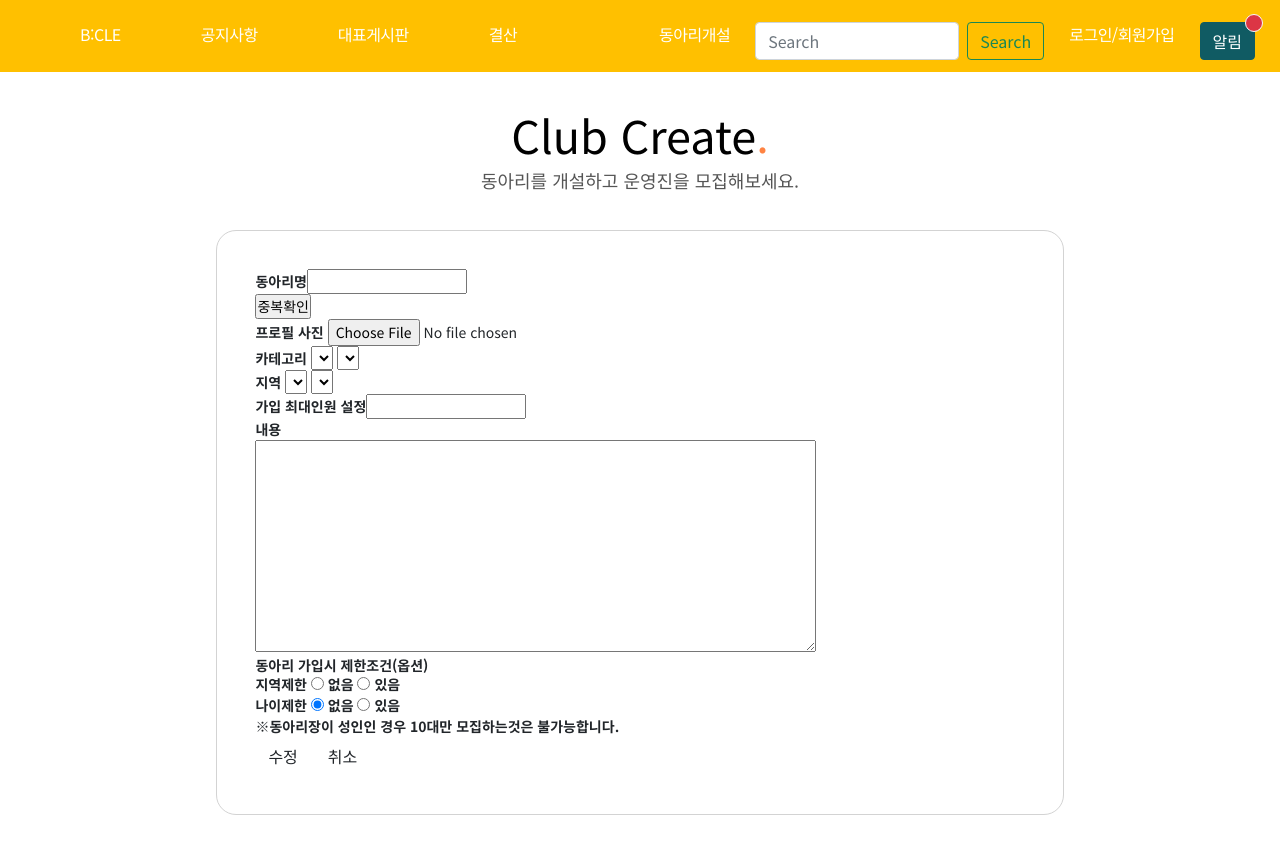
Repository: CHAEYUN7074/SpringProject
Page: http://localhost/viewpages/WEB-INF/view/PreClubUpdateForm.jsp
The author's editor kept a copy of each file at every save. The page is drawn from the files as they stood at one save, then again after the next save.
The browser window is 1280 px wide. The pictures show the whole page.
Some web fonts or font styles are not loaded; a fallback is used. The page is served by Tomcat 9. Nobody is signed in. Other server files are loaded and not shown. The template is opened directly, without the code that normally fills it, so the values that code supplies are empty.

Above is the page before, as saved 2021-12-27 14:22:33.

### viewpages/WebContent/WEB-INF/view/PreClubUpdateForm.jsp
<%@ page contentType="text/html; charset=UTF-8"%>
<%@ taglib prefix="c" uri="http://java.sun.com/jsp/jstl/core"%>
<%
   request.setCharacterEncoding("UTF-8");
String cp = request.getContextPath();
%>
<!DOCTYPE html>
<html>
<head>
<meta charset="UTF-8">
<title>PreClubUpdateForm.jsp</title>
<link rel="stylesheet" href="css/mainpage.css">
<style type="text/css">
@import
   url('https://fonts.googleapis.com/css?family=Exo+2|Noto+Sans+KR&display=swap')
   ;

.list-title{margin-top : 5vh;}

#contents {
   margin : 5vh 30vh 5vh 30vh;
   padding : 3%;
   border : 1px solid lightgray;
   border-radius : 20px;
   font-family: 'Noto Sans KR', sans-serif;
   font-weight:bold;
}



</style>


<script type="text/javascript" src="http://code.jquery.com/jquery.min.js"></script>
<script type="text/javascript" src="<%=cp%>/js/jquery-ui.js"></script>
<script type="text/javascript" src="<%=cp%>/js/ajax.js"></script>
<script type="text/javascript">

   $(document).ready(function()
   {
      //카테고리 대분류(category_L_Id)가 변경되었을 경우 수행해야 할 코드 처리
      $("#category_L_Id").change(function()
      {
         //lert($("#category_L_Id").val());

         // Ajax 요청 및 응답 처리
         $.ajax(
         {
            type : "POST"
            ,url : "ajaxcategory.action"
            ,data : {category_L_Id : $("#category_L_Id").val()}
            ,dataType : "json" //{key : vlaue}
            ,success : function(result)
            {
               $("#category_S_Id").children().remove();
               $("#category_S_Id").append("<option value=\"\">선택</option>");

               for(var i=0; i<result.length; i++)
               {
                  $("#category_S_Id").append("<option value=\""+result[i].category_s_id+"\">"+result[i].s_cat+"</option>");
               }
            }
            ,error : function(e)
            {
               alert(e.responseText);
            }
         });
      });

      $("#region_L_Id").change(function()
      {
         //alert('변경');
         //alert($("#region_L_Id").val());

         var category_s_id = '${preopen.category_s_id}';

         $.ajax(
         {
            type : "POST"
            ,url : "ajaxregion.action"
            ,data : {region_L_Id : $("#region_L_Id").val()}
            ,dataType : "json"
            ,success : function(result)
            {
               //alert(result);
               $("#region_S_Id").children().remove();
               $("#region_S_Id").append("<option value=\"\">선택</option>");

               for(var i=0; i<result.length; i++)
               {
                  $("#region_S_Id").append("<option value=\""+result[i].region_s_id+"\">"+result[i].local+"</option>");
               }
            }
            ,error : function(e)
            {
               alert(e.responseText);
            }

          });

      });

   });
      //동아리명 중복 검사

    $(document).ready(function()
   {

      $('.title').focusout(function()  //focusout
      {
         let userTitle = $('.title').val();

         $.ajax({
            url : "checktitle.action" // ①컨트롤러로~
            , type : "POST"
            , data : {userTitle : userTitle}
            , dataType : "json"
            , success : function(result) //Check title에서 여기로 왔다.
            {
               if(result.title == 0){
                  $("#checkTitle").html('이미 동일한 이름의 동아리가 존재합니다.');
                  $("#checkTitle").css('color', 'red');
                  $('#title').val(''); //중복된 내용삭제

               }
               else
               {

                  $("#checkTitle").html('사용할 수 있는 동아리 이름입니다.');
                  $("#checkTitle").css('color', 'green');
               }
            }
            , error : function(e)
            {
               alert(e.responseText); //에러사항 보여주기
            }
         })
      })
   });



 //각 상황별 alert 창 → required로 했는데 클리어하지가 않아서, 각 상황에 맞게 알림창을 띄우기로했다.
   $(document).ready(function()
   {
      $("#submitBtn").click(function()
      {
          if ($.trim($("#title").val()).length == 0)
         {
            alert("동아리명을 입력하세요.");
            $("#title").focus();
            return;
         }

         if ($("#category_L_Id").val() == "")
         {
            alert("카테고리를 선택해주세요");
            $("#category_L_Id").focus();
            return;
         }
         if ($("#category_S_Id").val()== "")
         {
            alert("카테고리를 선택해주세요");
            $("#category_S_Id").focus();
            return;
         }
         if ($("#region_L_Id").val()== "")
         {
            alert("지역을 선택해주세요");
            $("#region_L_Id").focus();
            return;
         }
         if ($("#region_S_ID").val()== "")
         {
            alert("지역을 선택해주세요");
            $("#region_S_ID").focus();
            return;
         }
         if ($("#max").val().length == 0)
         {
            alert("최대 인원을 입력하세요");
            $("#max").focus();
            return;
         }

          if ($("#content").val().length == 0) // 내용 입력하라는 에러 , div id가 content여서
          {
             alert("내용을 입력하세요");
             $("#content").focus();
             return;
          }

         $("#updateForm").submit();
      });
   });

</script>


</head>
<body>

   <div class="wrap">
      <!-- 네브 영역 -->
      <div>
         <c:import url="nav.jsp"></c:import>
      </div>
     <!--
     HttpSession session = request.getSession();
     session.setAttribute("id", id);
       -->
      <!-- 콘텐츠 영역 -->

         <section class="list-title">
         <div class="title">
            <h2>Club Create<span>.</span></h2>
            <p>동아리를 개설하고 운영진을 모집해보세요.</p>
         </div>
      </section>

      <div id="contents">
         <div>
            <form action="preclubupdate.action" method="post" id="updateForm" enctype="multipart/form-data">
               <div>
                  <input type="text" name="cid" value="${preopen.cid}" style="display: none;"> <!-- cid 안보이게 삽입 -->
                  <p>
                  동아리명<input type="text" name="title" id="title" class="title" maxlength='20'  value="${preopen.title }">
                  </p>
                  <input type="button" value="중복확인" id="check">
                  <span id="checkTitle" style="font-size: small;"></span><br>

                  프로필 사진
                  <input type="file" name="url" id="url" value="${preopen.url }">
                  <p>
                  <!--
                     동아리장<input type="text" name="nickname" id="nickname"
                        placeholder="로그인 상태인 사람 여기에 자동 닉네임 뿌려주기" disabled="disabled">
                     개설예정일<input
                        type="text" name="preopendate" id="preopendate"
                        placeholder="자동입력" disabled="disabled">
                         -->
                  </p>
                  <div>
                     카테고리
                     <select id="category_L_Id" name="category_L_Id">
                        <c:forEach var="category" items="${categoryLList }">
                            <option value="${category.category_l_id}"
                            ${preopen.category_l_id == category.category_l_id ? "selected=\"selected\"" : "" }
                             >${category.l_cat}</option>
                        </c:forEach>
                     </select>
                     <select id="category_S_Id" name="category_S_Id">
                        <option value="${preopen.category_s_id}" selected="selected">${preopen.s_cat}</option>
                     </select>
                  </div>


                  <div>

                     지역
                     <select id="region_L_Id" name="region_L_Id">
                        <c:forEach var="region" items="${regionLList }">
                            <option value="${region.region_l_id}"
                            ${preopen.region_l_id == region.region_l_id ? "selected=\"selected\"" : "" }
                             >${region.city}</option>
                        </c:forEach>
                     </select>
                     <select id="region_S_Id" name="region_S_Id">
                        <option value="${preopen.region_s_id}" selected="selected">${preopen.local}</option>
                     </select>
                  </div>

                  <p>
                     가입 최대인원 설정<input type="text" id="max" name="max"  value="${preopen.max}">
                  </p>
                  <div>
                     <p>내용</p>
                     <textarea rows="10" cols="70" id="content" name="content" maxlength='100'>${preopen.content}</textarea>
                  </div>
                  <div>
                     <%-- <c:import url="beePicCreated.jsp"></c:import> --%>
                  </div>

                  <div>
                     <h5>동아리 가입시 제한조건(옵션)</h5>

                     <div>
                        지역제한
                        <input type="radio" name="regionlimit" value="X" id="regionlimitX"
                        ${preopen.limit_id == 'X' ? "checked=\"checked\"" : "" }>
                        <label for="regionlimitX">없음</label>
                        <input type="radio" name="regionlimit" id="regionlimitO" value="O"
                        ${preopen.limit_id == 'O' ? "checked=\"checked\"" : "" } >
                        <label for="regionlimitO">있음</label>
                        <br>
                        나이제한
                        <input type="radio" name="agelimit" id="agelimitX" value="X" checked="checked">
                        <label for="agelimitX">없음</label>
                        <input type="radio" name="agelimit" id="agelimitO"  value="O">
                        <label for="agelimitO">있음</label>
                        <br>※동아리장이 성인인 경우 10대만 모집하는것은 불가능합니다.
                     </div>

                     <div>
                        <button type="button" class="btn" id="submitBtn">수정</button>
                        <button type="button" class="btn" id="cancleBtn" onclick="location.href='mainpage.action'">취소</button>
                     </div>

                  </div>

               </div>
            </form>
         </div>
      </div>

   </div>




</body>
<script type="text/javascript">


</script>
</html>

### viewpages/WebContent/WEB-INF/view/nav.jsp
<%@ page contentType="text/html; charset=UTF-8"%>
<%@ taglib prefix="c" uri="http://java.sun.com/jsp/jstl/core"%>
<%
   request.setCharacterEncoding("UTF-8");
String cp = request.getContextPath();
%>
<!DOCTYPE html>
<html lang="ko">
<head>
<meta charset="UTF-8">
<meta name="viewport" content="width=device-width, initial-scale=1">
<title>B:CLE</title>
<!-- <link rel="stylesheet" href="css/main.css"> -->
<link rel="stylesheet" href="css/font-awesome.min.css">
<link
   href="https://cdn.jsdelivr.net/npm/bootstrap@5.1.3/dist/css/bootstrap.min.css"
   rel="stylesheet"
   integrity="sha384-1BmE4kWBq78iYhFldvKuhfTAU6auU8tT94WrHftjDbrCEXSU1oBoqyl2QvZ6jIW3"
   crossorigin="anonymous">

<style>
@import
   url('https://fonts.googleapis.com/css?family=Exo+2|Noto+Sans+KR&display=swap')
   ;
/*reset*/
* {
   margin: 0;
   padding: 0;
}
body {
   margin: 0;
}
h1, h2, h3, h4, h5, h6, p, ul, ol, li, dl, dt, dd {
   margin: 0;
   padding: 0;
}
h1, h2, h3, h4, h5, h6 {
   font-weight: 700;
   font-size: inherit;
}
a {
   color: inherit;
   text-decoration: inherit;
}
img {
   vertical-align: middle;
}
a img {
   border: none;
}
li {
   list-style: none;
}
address, em, i, ul {
   font-style: normal;
}
.mo {
   display: none;
}
body {
   font-family: 'Noto Sans KR', sans-serif;
   font-size: 14px;
}
header {
   font-family: 'Noto Sans KR', sans-serif;
   letter-spacing: -0.5px;
   background: rgb(255, 192, 0);
   color: white;
   height: 10vh;
   width: 100%;
   position: relative;
   margin-top: -20px;
}
.mainHeader {
   width: 100%;
   margin-top: 20px;
   box-sizing: border-box;
   vertical-align: center;
}
.mainHeader .gnbMo {
   display: none;
}
.mainHeader .gnb {
   float: left;
   margin-left: 80px;
   margin-top: 3vh;
}
.mainHeader .gnb li {
   float: left;
   margin-right: 80px;
}
.mainHeader .gnb li a {
   display: block;
   width: 100%;
   text-align: center;
   color: #fff;
   font-size: 16px;
   text-decoration-line: none;
}
.mainHeader .gnb li a:hover, .mainHeader .gnb li a:focus {
   color: #ff8342;
}
.mainHeader .tnb {
   float: right;
   margin-top: 3vh;
}
.mainHeader .tnb li {
   float: left;
   margin-right: 25px;
}
.mainHeader .tnb li a {
   display: block;
   width: 100%;
   text-align: center;
   font-size: 16px;
   color: #fff;
   text-decoration-line: none;
}
.mainHeader .tnb li:nth-child(1) a i, .mainHeader .tnb li:nth-child(2) a i
   {
   font-size: 20px;
   margin-right: 8px;
}
.mainHeader .tnb li:last-child a {
   display: block;
   width: 105px;
   line-height: 2;
   border: 1px solid #fff;
   border-radius: 30px;
   margin-top: 35px;
}
.mainHeader .tnb li:last-child a i {
   margin-left: 5px;
}
.mainHeader .tnb li:last-child a:hover {
   background: #fff;
   color: #ff8342;
   transition: all 0.3s;
}
.btn-primary {
    color: #fff;
    background-color: #105b63;
    border-color: #105b63;
}


.box {
    width: 30px;
    height: 30px;
    border-radius: 70%;
    overflow: hidden;
}
.profile {
    width: 100%;
    height: 100%;
    object-fit: cover;
}

</style>


</head>
<body>

   <c:choose>
      <c:when test="${!empty id }">
         <header>
            <div class="mainHeader">
               <nav class="gnb">
                  <ul>
                     <li><a href="mainpage.action">B:CLE</a></li>
                     <li><a href="mainnoticelist.action">공지사항</a></li>
                     <li><a href="mainfreeboardlist.action">대표게시판</a></li>
                     <li><a href="mainaccount.action">결산</a></li>
                  </ul>
               </nav>
               <nav class="tnb">
                  <ul>

                     <li><a href="clubinsertform.action">동아리개설</a></li>

                     <li>
                        <form class="d-flex">
                           <input class="form-control me-2" type="search"
                              placeholder="Search" aria-label="Search">
                           <button class="btn btn-outline-success" type="submit">Search</button>
                        </form>
                     </li>



                     <!-- 값을 넘겨보려 시도했는데 실패...ㅠ 다시 해볼게요 - 현정 -->
                     <li><a href="#">마이페이지</a></li>
                     <li><a href="logout.action"></i>로그아웃</a></li>
                         <li><button type="button"
                              class="btn btn-primary position-relative">
                              알림 <span
                                 class="position-absolute top-0 start-100 translate-middle p-2 bg-danger border border-light rounded-circle">
                                 <span class="visually-hidden">New alerts</span>
                              </span>
                             </button></li>
                  </ul>
               </nav>
               <nav class="gnbMo">
                  <a href="#"><i class="fa fa-bars" aria-hidden="true"></i></a>
               </nav>
            </div>
         </header>
      </c:when>
      <c:otherwise>
         <header>
            <div class="mainHeader">
               <nav class="gnb">
                  <ul>
                     <li><a href="mainpage.action">B:CLE</a></li>
                     <li><a href="mainnoticelist.action">공지사항</a></li>
                     <li><a href="mainfreeboardlist.action">대표게시판</a></li>
                     <li><a href="mainaccount.action">결산</a></li>
                  </ul>
               </nav>
               <nav class="tnb">
                  <ul>

                     <li><a href="#">동아리개설</a></li>

                     <li>
                        <form class="d-flex">
                           <input class="form-control me-2" type="search"
                              placeholder="Search" aria-label="Search">
                           <button class="btn btn-outline-success" type="submit">Search</button>
                        </form>
                     </li>




                     <li><a href="loginpage.action"></i>로그인/회원가입</a></li>
                     <li><button type="button"
                           class="btn btn-primary position-relative">
                           알림 <span
                              class="position-absolute top-0 start-100 translate-middle p-2 bg-danger border border-light rounded-circle">
                              <span class="visually-hidden">New alerts</span>
                           </span>
                        </button></li>
                  </ul>
               </nav>
               <nav class="gnbMo">
                  <a href="#"><i class="fa fa-bars" aria-hidden="true"></i></a>
               </nav>
            </div>
         </header>
      </c:otherwise>
   </c:choose>
   <!--header-->




</body>
</html>

<!-- 검색부분에 쓸 부트스트랩 -->
<!--       <form class="d-flex">
        <input class="form-control me-2" type="search" placeholder="Search" aria-label="Search">
        <button class="btn btn-outline-success" type="submit">Search</button>
      </form> -->

Loaded but not shown: viewpages/WebContent/js/jquery-ui.js (library); viewpages/WebContent/js/ajax.js (47 lines, source omitted); viewpages/WebContent/css/mainpage.css (112 lines, source omitted)

After the next save:
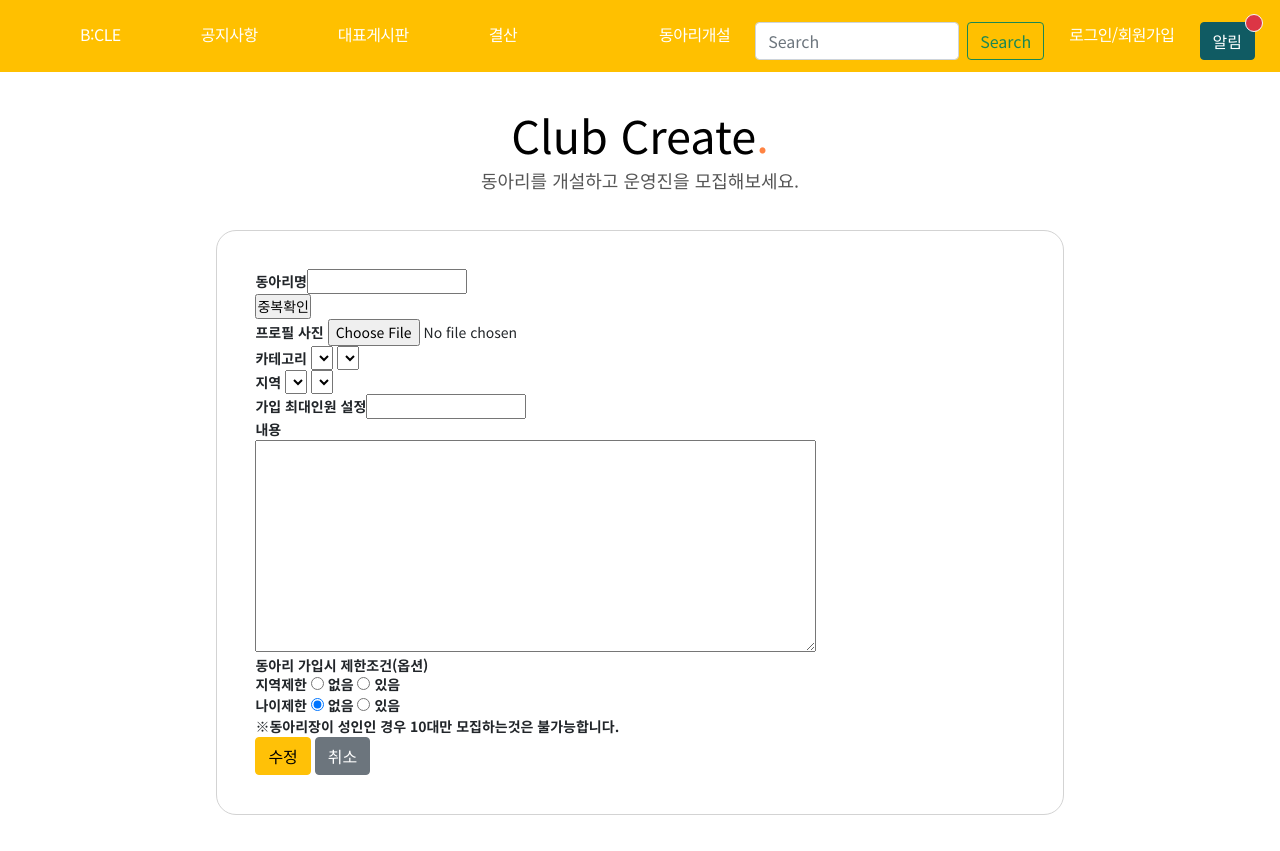
Saved 80 s later.
--- a/viewpages/WebContent/WEB-INF/view/PreClubUpdateForm.jsp
+++ b/viewpages/WebContent/WEB-INF/view/PreClubUpdateForm.jsp
@@ -302,8 +302,8 @@ String cp = request.getContextPath();
                      </div>
 
                      <div>
-                        <button type="button" class="btn" id="submitBtn">수정</button>
-                        <button type="button" class="btn" id="cancleBtn" onclick="location.href='mainpage.action'">취소</button>
+                        <button type="button" class="btn btn-warning" id="submitBtn">수정</button>
+                        <button type="button" class="btn btn-secondary"  id="cancleBtn" onclick="location.href='mainpage.action'">취소</button>
                      </div>
 
                   </div>
